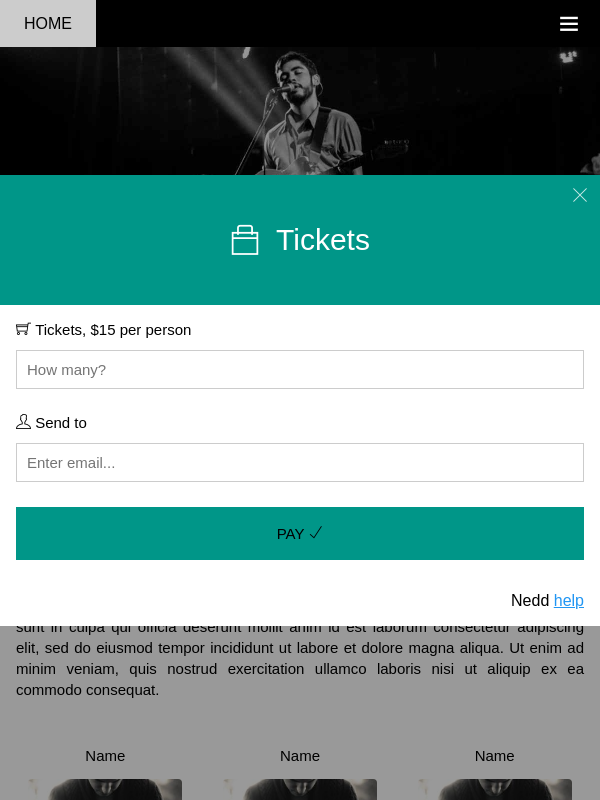
Repository: Thanhtrunghoang123/the-band
Page: index.html
These files come from the project's save history. The page is drawn as it stood at one moment and after the next save; the edit follows.
The browser window is 600 px wide. The pictures show the window.
A layer covers the whole window, so only the first screen is drawn.

Above is the page before, as saved 2022-07-29 06:20:03.

### index.html
<!DOCTYPE html>
<html lang="en">
<head>
    <meta charset="UTF-8">
    <meta http-equiv="X-UA-Compatible" content="IE=edge">
    <meta name="viewport" content="width=device-width, initial-scale=1.0">
    <title>The Band</title>
    <link rel="icon" href="https://upload.wikimedia.org/wikipedia/commons/thumb/f/fb/Logo_of_Blackpink.svg/2560px-Logo_of_Blackpink.svg.png" type="image/x-icon" />
    <link rel="stylesheet" href="./assest/css/style.css">
    <link rel="stylesheet" href="./assest/css/responsive.css">
    <link rel="stylesheet" href="./assest/fonts/themify-icons/themify-icons.css">



</head>
<body>
    <div id="main">
        <div id="header">
            <!-- Begin: Nav -->
            <ul id="nav">
                <li><a href="#">Home</a></li>
                <li><a href="#band">Band</a></li>
                <li><a href="#tour">Tour</a></li>
                <li><a href="#contact">Contact</a></li>
                <li>
                    <a href="#">
                        More
                        <i class=" nav-arrow-down ti-angle-down"></i>

                    </a>
                    <ul class="subnav">
                        <li><a href="#">Merchandise</a></li>
                        <li><a href="#">Extras</a></li>
                        <li><a href="#">Media</a></li>
                    </ul>
                </li>
            </ul>
            <!-- End: Nav -->

            <!-- Mobile menu button -->
            <div id="mobile-menu" class="mobile-menu-btn">
                <i class=" menu-icon ti-menu"></i>
            </div>
                 Search button -->
            <div class="search-btn">
                <i class=" search-icon ti-search"></i>
            </div>






        </div>

        <div id="slider">
            <div class="text-content">
                <h2 class="text-heading">Chicago</h2>
                <div class="text-description">Thank you, Chicago - A night we won't forget.</div>

            </div>
        </div>

        <div id="content">
            <!-- About section -->
            <div  id="band" class="content-section">
                <h2 class="section-heading">THE BAND</h2>
                <p class="section-sub-heading">We love music</p>
                <p class="about-text">We have created a fictional band website. Lorem ipsum dolor sit amet, consectetur adipiscing elit, sed do eiusmod tempor incididunt ut labore et dolore magna aliqua. Ut enim ad minim veniam, quis nostrud exercitation ullamco laboris nisi ut aliquip ex ea commodo consequat. Duis aute irure dolor in reprehenderit in voluptate velit esse cillum dolore eu fugiat nulla pariatur. Excepteur sint occaecat cupidatat non proident, sunt in culpa qui officia deserunt mollit anim id est laborum consectetur adipiscing elit, sed do eiusmod tempor incididunt ut labore et dolore magna aliqua. Ut enim ad minim veniam, quis nostrud exercitation ullamco laboris nisi ut aliquip ex ea commodo consequat.</p>
                <div class="row members-list">
                    <div class="member-item text-center col col-third">
                        <p class="member-name">Name</p>
                        <img src="./assest/img/band/member1.jpg" alt="Name" class="member-img">
                    </div>
                    <div class="member-item text-center col col-third">
                        <p class="member-name">Name</p>
                        <img src="./assest/img/band/member1.jpg" alt="Name" class="member-img">
                    </div>
                    <div class="member-item text-center col col-third">
                        <p class="member-name">Name</p>
                        <img src="./assest/img/band/member1.jpg" alt="Name" class="member-img">
                    </div>
                    <div class="clear"></div>
                </div>
            </div>
            <!-- Tour section -->
            <div id="tour" class="tour-section">
                <div class="content-section">
                    <h2 class="section-heading text-white">TOUR DATES</h2>
                    <p class="section-sub-heading text-white">Remember to book your tickets!</p>

                    <!-- Tickets  -->
                    <ul class="tickets-list">
                        <li>September <span class="sold-out">Sold out</span></li>
                        <li>October <span class="sold-out">Sold out</span></li>
                        <li>November <span class="quantity">3</span></li>
                    </ul>
                    <!-- places -->
                    <div class=" row place-list">
                        <div class="col col-third">
                            <img src="./assest/img/places/place1.jpg" alt="img" class="place-img">
                            <div class="place-body">
                                <h3 class="place-heading">New York</h3>
                                <p class="place-time">Fri 27 Nov 2022</p>
                                <p class="place-desc">Praesent tincidunt sed tellus ut rutrum sed vitae justo.</p>
                                <button  class="btn js-buy-ticket">Buy Tickets</button>
                            </div>
                        </div>

                        <div class=" col col-third">
                            <img src="./assest/img/places/place2.jpg" alt="img" class="place-img">
                            <div class="place-body">
                                <h3 class="place-heading">Paris</h3>
                                <p class="place-time">Sat 28 Nov 2022</p>
                                <p class="place-desc">Praesent tincidunt sed tellus ut rutrum sed vitae justo.</p>
                                <button  class="btn js-buy-ticket">Buy Tickets</button>
                            </div>
                        </div>

                        <div class=" col col-third">
                            <img src="./assest/img/places/place3.jpg" alt="img" class="place-img">
                            <div class="place-body">
                                <h3 class="place-heading">San Francisco</h3>
                                <p class="place-time">Sun 29 Nov 2022</p>
                                <p class="place-desc">Praesent tincidunt sed tellus ut rutrum sed vitae justo.</p>
                                <button  class="btn js-buy-ticket">Buy Tickets</button>
                            </div>
                        </div>
                        <div class="clear"></div>
                    </div>
                </div>

            </div>
            <!-- Begin: Contact section -->
            <div id="contact" class="content-section">
                <h2 class="section-heading">CONTACT</h2>
                <p class="section-sub-heading">Fan? Drop a note!</p>

                <div class="row contact-content">
                    <div class="col col-half contact-info">
                        <p><i class="ti-location-pin"></i> Chicago, US</p>
                        <p><i class="ti-mobile"></i> +00 151515</p>
                        <p><i class="ti-email"></i> Email: mail@mail.com</p>
                    </div>

                    <div class="col col-half contact-form">
                        <form action="">
                            <div class="row">
                                <div class="col col-half">
                                    <input type="text" name="" placeholder="Name" required id="" class="form-control">
                                </div>

                                <div class="col col-half">
                                    <input type="email" name="" placeholder="Email" required id="" class="form-control">
                                </div>

                            </div>
                            <div class="row mt-8">
                                <div class="col col-full">
                                    <input type="text" name="" placeholder="Message" required class="form-control">
                                </div>
                            <input class=" pull-right btn mt-16" type="submit" value="Send">
                        </form>
                    </div>
                </div>
            </div>
        </div>
         <!-- End: Contact section -->,
         <div class="map-section">
            <img src="./assest/img/map/map.jpg" alt="Map">
        </div>
        <div id="footer">
            <div class="socials">
                <a href=""><i class="ti-facebook"></i></a>
                <a href=""><i class="ti-instagram"></i></a>
                <a href=""><i class="ti-github"></i></a>
                <a href=""><i class="ti-pinterest"></i></a>
                <a href=""><i class="ti-twitter-alt"></i></a>
                <a href=""><i class="ti-linkedin"></i></a>
            </div>

            <p class="copyright">Powered by<a href="https://www.w3schools.com/w3css/tryw3css_templates_band.htm">w3.css</a></p>

        </div>

        </div>
    </div>
    <div class="modal open js-modal">
        <div class="modal-container js-modal-container">
            <div class="modal-close js-modal-close">
                <i class="ti-close"></i>
            </div>

            <header class="modal-header">
                <i class=" modal-heading-icon ti-bag"></i>
                Tickets
            </header>

            <div class="modal-body">
                <label for="" class="modal-label">
                    <i class="ti-shopping-cart"></i>
                    Tickets, $15 per person
                </label>
                <input type="text" class="modal-input" placeholder="How many?">

                <label for="" class="modal-label">
                    <i class="ti-user"></i>
                    Send to
                </label>
                <input type="text" class="modal-input" placeholder="Enter email...">

                <button id="buy-tickets">
                    Pay <i class="ti-check"></i>

                </button>
            </div>

            <footer class="modal-footer">
                <p class="modal-help">Nedd <a href="">help</a></p>
            </footer>
        </div>
    </div>
    <script>
         // Tạo biến const trỏ vào element để thực hiện hành vi.
         const buyBtns = document.querySelectorAll ('.js-buy-ticket')
         const modal = document.querySelector('.modal')
         const modalContainer = document.querySelector('.js-modal-container')
         const modalClose = document.querySelector('.js-modal-close')

         function showBuyTickets() {
            // Hàm hiện thị mua vé (add class 'open' vào element được Modal trỏ vào.)
            modal.classList.add('open')
         }

         function hideBuyTickets() {
            // Hàm gỡ bỏ class=modal remove class 'open' vào element được ticketModal trỏ vào.
            modal.classList.remove('open')
         }

          // Vì có nhiều element cần kiểm tra event, nên dùng biến con buyBtn để duyệt các element class "buyBtns"
        //   lặp từng thẻ button  và nghe hành vi click
         for (const buyBtn of buyBtns) {
          // Duyệt qua mỗi element, lắng nghe event của người dùng và gọi đến hàm cần thực hiện.
          buyBtn.addEventListener('click', showBuyTickets)
         }

        //  Nghe hành vi click vào nút button close
         modalClose.addEventListener('click', hideBuyTickets)

         modal.addEventListener('click' ,hideBuyTickets)

         modalContainer.addEventListener('click',function(event) {
            event.stopPropagation()
        })
    </script>

    <script>
        var header = document.getElementById('header');
        var mobileMenu = document.getElementById('mobile-menu');
        var headerHeight = header.clientHeight;
    // dong mo mobile menu
    mobileMenu.onclick = function() {
        var isClosed = header.clientHeight == headerHeight ;
        if (isClosed) {
            header.style.height = 'auto' ;
        } else {
            header.style.height = null ;
        }
    }

    //Tự động đóng khi chọn menu
    var menuItems = document.querySelectorAll('#nav li a[href*="#"]');
    for( var i=0 ; i<menuItems.length ; i++) {
        var menuItem = menuItems[i];

        menuItem.onclick = function (event) {
            var isParentMenu = this.nextElementSibling &&  menuItem.nextElementSibling.classList.contains('subnav');
            if(isParentMenu) {
                event.preventDefault();
            }
            else {
                header.style.height = null ;
            }


        }

    }



    </script>
</body>
</html>

### assest/css/style.css
*{
    margin: 0;
    padding: 0;
    box-sizing: border-box;
}

html{
    scroll-behavior: smooth;
    font-family: Arial, Helvetica, sans-serif;
}

.text-white{
    color: #fff !important;
}


.clear{
    clear: both;
}

.text-center {
    text-align: center !important;
}

.btn{
    color: #fff;
    background-color: #000;
    text-decoration: none;
    padding: 11px 16px;
    display: inline-block;
    margin-top: 15px;
    border:none;
}

.pull-right {
    float:right !important;
}

.btn:hover{
    cursor: pointer;
    color: #000;
    background-color: #ccc;
}

.row{
    margin-left: -8px;
    margin-right: -8px;
}

.row::after {
    content: "";
    display: block;
    clear: both;
}

.col {
    float: left;
    padding-right: 8px;
    padding-left: 8px;
}

.col-full{
    width: 100%;
}

.col-half {
    width: 50%;
}

.col-third {
    width: calc(100%/3);
}

.mt-8 {
    margin-top: 8px !important;
}

.mt-16{
    margin-top: 16px !important;
}
#main{

}

#header{
    height: 46.5px;
    background-color: #000;
    position: fixed;
    top: 0;
    left: 0;
    right: 0;
    z-index: 1;

}
#nav {
    display: inline-block;
}
#nav , .subnav{
    list-style: none;
}
#nav > li{
    display: inline-block;
}

#nav li{
    position: relative;
}

#nav > li > a {
    color: #fff;
    text-transform: uppercase;
}
#nav li a{
    text-decoration: none;
    line-height: 46.5px;
    padding: 0px 24px;
    display: block;
}

#nav li:hover .subnav{
    display: block;
}
#nav > li:hover > a,
#nav .subnav li:hover a{
    color: #000;
    background-color: #ccc;
}

#nav .subnav{
    display: none;
    position: absolute;
    top: 100%;
    background-color: #fff;
    box-shadow: 0 0 10px rgba(0 , 0 , 0 ,0.3);
}
#nav .subnav a{
    color: #000;
    min-width: 160px;
    padding:  0px 12px;
    line-height: 38.5px;
}
#nav .nav-arrow-down{
    font-size: 14px;
}

#header .mobile-menu-btn {
    position: absolute;
    top: 0;
    right: 0;
    display: none;
}

#header .mobile-menu-btn,
#header .search-btn{
    float:right;
    padding: 0 21px;
}

#header .search-btn:hover {
    background-color: #f44336;
    cursor: pointer;
}

#header .mobile-menu-btn:hover {
   background-color:#ccc ;
}

#header .mobile-menu-btn:hover .menu-icon {
    color:#000;
 }


#header .menu-icon ,
#header .search-icon {
    color: #fff;
    font-size: 20px;
    line-height: 46.5px;
}

#slider{
    position: relative;
    margin-top: 46px;
    padding-top:50%;
    background: url(/assest/img/slider/chicago.jpg) top center /cover no-repeat;
}

#slider .text-content{
    position: absolute;
    bottom: 0;
    color: #fff;
    /* cách căn giữa 1 */
    /* left: 50%;
    transform: translateX(-50%); */
    /* Cách căn giữa 2 */
    width: 100%;
    text-align: center;
}

#slider .text-heading{
    font-weight: 500 ;
    font-size: 24px;
}

#slider .text-description{
    font-size: 15px;
    margin-top: 25px;
}

#content{

}

#content .content-section{
    width: 800px;
    max-width: 100%;
    margin-left: auto;
    margin-right: auto;
    padding: 64px 0 112px;
    padding-left: 16px;
    padding-right: 16px;
}

#content .section-heading{
    font-size: 30px;
    font-weight: 500;
    text-align: center;
    letter-spacing:  4px;
}

#content .section-sub-heading{
    font-size: 15px;
    text-align: center;
    margin-top: 25px;
    font-style: italic;
    opacity: 0.6;

}

#content .about-text{
    font-size: 15px;
    margin-top: 25px;
    text-align: justify;
    line-height: 1.4;

}

#content .members-list{
    margin-top: 47px;
    /* display: flex; */
    overflow: hidden;
}



#content .member-name{
    font-size: 15px;
}

#content .member-img{
    width: 154px;
    margin-top: 15px;
    border-radius: 4px;
}
/* Tour section  */
.tour-section{
    background-color: #000;
}

.tickets-list{
    background-color: #fff;
    margin-top: 40px;
}

.tickets-list li {
    color: #757575;
    font-size: 15px;
    padding: 11px 16px;
    border-bottom: 1px solid #ddd;
    list-style: none;
}

.tickets-list .sold-out{
    background-color: #f44336;
    color: #fff ;
    padding: 3px 4px;
    margin-left: 16px;
}

.tickets-list .quantity{
    float: right;
    width: 24px;
    height: 24px;
    background-color: #000;
    color: #fff;
    border-radius: 50%;
    text-align: center;
    line-height: 24px;
    margin-top: -3px;

}
/* Places */
.place-list{
    margin-top: 32px;

}


.place-img{
    width: 100%;
    display: block;
}

.place-img:hover{
    opacity: 0.6;
}

.place-body{
    padding: 16px;
    font-size: 15px;
    background-color: #fff;
}

.place-heading{
    font-size: 15px;
    font-weight: 600;

}

.place-time{
    margin-top: 15px;
    color: #757575;
}

.place-desc{
    margin-top: 15px;
    line-height: 1.4;
}



/* Contact Form */
.contact-content {
    margin-top: 48px;
}

.contact-info {
    font-size: 18px;
}

.contact-info i [class*="ti-"] {
    width: 30px;
    display: inline-block;
    line-height: 1.5;
}

.contact-form {
    font-size: 15px;
}

.contact-form .form-control {
    padding: 10px;
    border: 1px solid #ccc;
    width: 100%;
    display: block;
}
/* Map-section */
.map-section img {
    width: 100%;
}





#footer{
    padding: 64px 16px;
    text-align: center;
}

#footer .socials {
    font-size: 24px;
}

#footer .socials a {
    color: rgba(0 ,0, 0, 0.6);
    text-decoration: none;
}

#footer .socials a:hover {
    color: rgba(0 ,0, 0, 0.3);
}

#footer .copyright  {
    font-size: 15px;
    color: rgba(0 ,0, 0, 0.3);
    margin-top: 15px;

}

#footer .copyright a {

    color: rgba(0 ,0, 0, 0.3);
    text-decoration: none;
}




@keyframes modalFadeIn {
    from{
        opacity: 0;
        transform: translateY(-100px);
    }

    to{
        opacity: 1;
        transform: translateY( 0px);
    }
}
.modal.js-modal.open{
    display: flex;
    }

.modal{
    position: fixed;
    top: 0;
    bottom: 0;
    right: 0;
    left: 0;
    background: rgba(0, 0 ,0 ,0.4);
    align-items: center;
    justify-content: center;
    display: none;
}

.modal-container {
    background: #fff ;
    width: 900px;
    max-width: calc(100%-32px);
    min-height: 200px;
    position: relative;
    animation: modalFadeIn ease 0.5s;


}

.modal-header{
    color: #fff;
    background-color: #009688;
    height: 130px;
    font-size: 30px;
    display: flex;
    align-items: center;
    justify-content: center;
}

.modal-heading-icon{
    padding-right: 16px;
}

.modal-close{
    position: absolute;
    right: 0;
    top: 0;
    color: #fff;
    padding: 12px;
    cursor: pointer;
    opacity: 0.8;
}

.modal-close:hover {
    opacity: 1;
    background-color: #ccc;
}

.modal-body {
    padding: 16px;
}

.modal-label{
    display: block;
    font-size: 15px;
   margin-bottom: 12px;
}

.modal-input{
    border: 1px solid #ccc;
    width: 100%;
    font-size: 15px;
    padding: 10px;
    margin-bottom: 25px;
}

#buy-tickets {
    background: #009688;
    font-size: 15px;
    border: none;
    width: 100%;
    text-transform: uppercase;
    padding: 18px;
    cursor: pointer;
}

#buy-tickets:hover {
    opacity: 0.9;
}

.modal-footer{
    padding: 16px;
    text-align: right;
}

.modal-footer a {
    color:#2196F3;
}

### assest/css/responsive.css
/* PC */
@media(min-width:124px ) {

}

/* Tablet */
@media(max-width:720px) and (max-width:1023px) {

}

/* Mobile */
@media(max-width:740px) {
    #header {
        overflow: hidden;
    }

    #nav {
        display: block;
    }

    #nav > li {
        display: block;
    }

    #nav li a {
        padding: 1px 24px;
    }

    #nav .subnav {
        position:initial;
        background: #333;
    }

    #nav .subnav a {
        color: #fff;
        padding: 5px 41px;
    }

    #nav > li:first-child {
        display: inline-block;
    }

    #header .mobile-menu-btn {
        display: block;
    }

    #header .search-btn{
        display: none;
    }

    #content

}

Loaded but not shown: assest/fonts/themify-icons/themify-icons.css (common file)

After the next save:
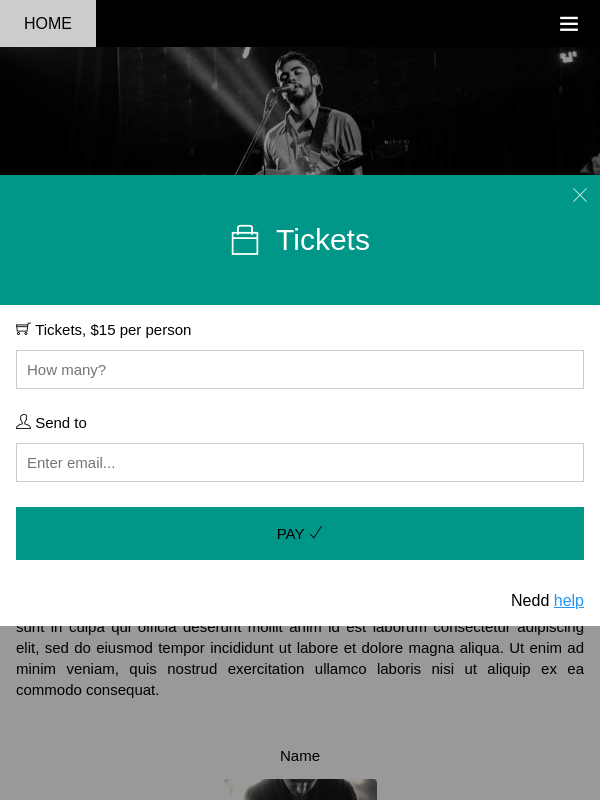
Saved 23 s later.
--- a/assest/css/responsive.css
+++ b/assest/css/responsive.css
@@ -48,6 +48,8 @@
         display: none;
     }
 
-    #content
+    #content .member-item {
+        width: 100%;
+    }
 
 }
